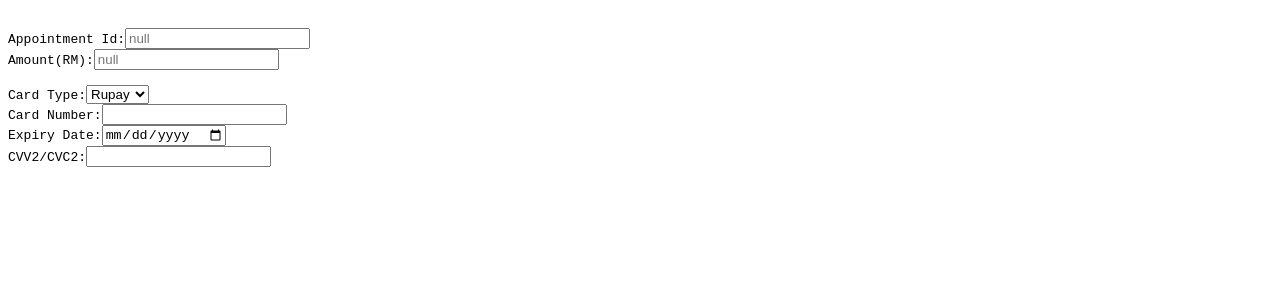
Repository: anujsoni10001/JSP-Servlet
Page: http://localhost/Minor/MakePayment.jsp
The author's editor kept a copy of each file at every save. The page is drawn from the files as they stood at one save, then again after the next save.
The browser window is 1280 px wide. The pictures show the whole page.
The page is served by Tomcat 9.

Above is the page before, as saved 2019-03-22 10:16:01.

After the next save:
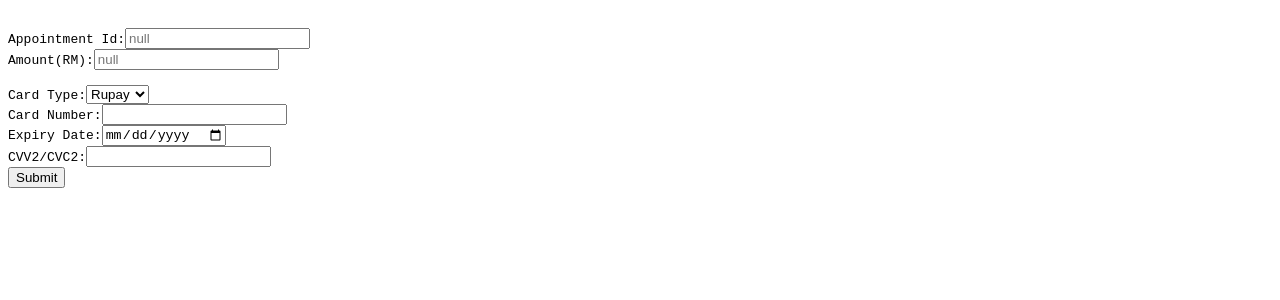
Saved 38 s later.
--- a/FinalProject/minor - Copy/Minor/WebContent/MakePayment.jsp
+++ b/FinalProject/minor - Copy/Minor/WebContent/MakePayment.jsp
@@ -24,6 +24,7 @@ Card Type:<select>
 Card Number:<input type="text" name="card_number">
 Expiry Date:<input type="date">
 CVV2/CVC2:<input type="text">
+<input type="submit">
 </form>
 </pre>
 </body>
